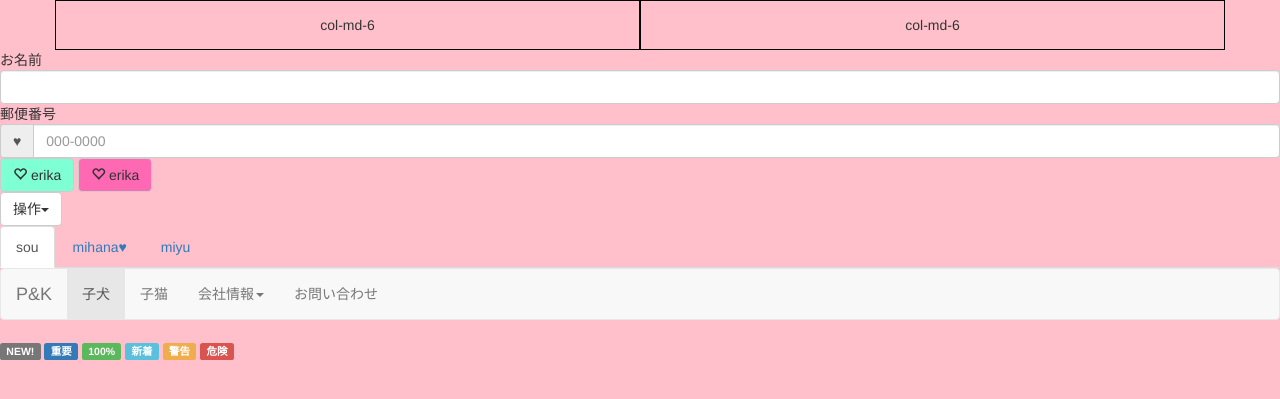
Repository: erika-sugimoto/microposts
Page: bootstrap_lesson.html
The author's editor kept a record of every edit. The page is drawn from the files as they stood at one moment, then again after the next edit.
The browser window is 1280 px wide. The pictures show the whole page.

Above is the page before.

After the next edit:
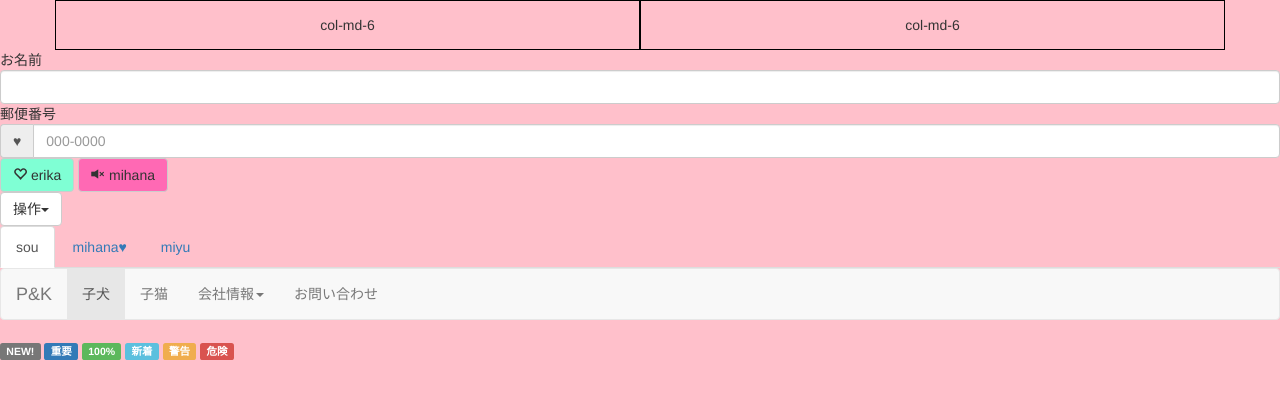
The edit:
--- a/bootstrap_lesson.html
+++ b/bootstrap_lesson.html
@@ -51,8 +51,8 @@
     erika
     </button>
 <button id="mihana" class="btn btn-default" type="submit">
-    <span class="glyphicon glyphicon-heart-empty"></span>
-    erika
+    <span class="glyphicon glyphicon-volume-off"></span>
+    mihana
     </button>
      <div class="dropdown">
   <button type="button" class="btn btn-default dropdown-toggle" data-toggle="dropdown">
